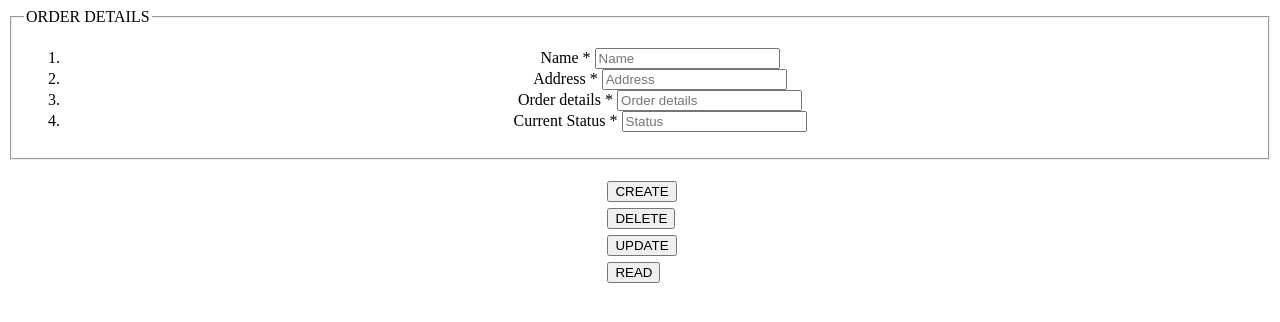
Repository: dhanasekar13/servlet
Page: shooping1/war/first.html
These files come from the project's save history. The page is drawn as it stood at one moment and after the next save; the edit follows.
The browser window is 1280 px wide. The pictures show the whole page.

Above is the page before, as saved 2017-05-10 10:23:22.

After the next save:
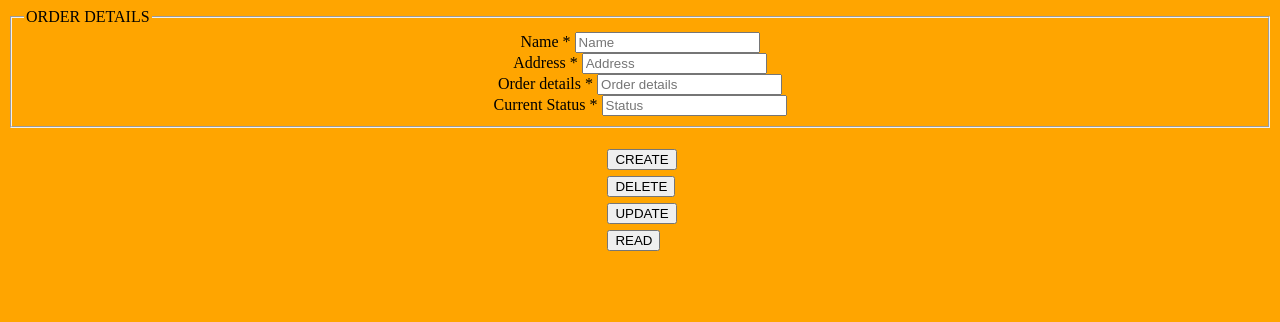
Saved 2 min 33 s later.
--- a/shooping1/war/first.html
+++ b/shooping1/war/first.html
@@ -1,29 +1,26 @@
 <!DOCTYPE html PUBLIC "-//W3C//DTD HTML 4.01 Transitional//EN" "http://www.w3.org/TR/html4/loose.dtd">
 
 <html>
-<body>
+<body bgcolor="orange">
 <center>
 <form>
 <fieldset>
  <legend>ORDER DETAILS</legend>
- <ol>
-  <li>
+
+
    <label>Name *</label>
    <input type="text" id="firstname" name="firstname" placeholder="Name" required />
-  </li>
-  <li>
+
+ <br>
    <label>Address *</label>
    <input type="text" id="lastname" name="lastname" placeholder="Address" required />
-  </li>
-   <li>
+  <br>
    <label>Order details *</label>
    <input type="text" id="lastname" name="order" placeholder="Order details" />
-  </li>
-   <li>
+  <br>
    <label>Current Status *</label>
    <input type="text" id="lastname" name="status" placeholder="Status"/>
-  </li>
- </ol>
+
 </fieldset><br>
 <table>
 <tr>
